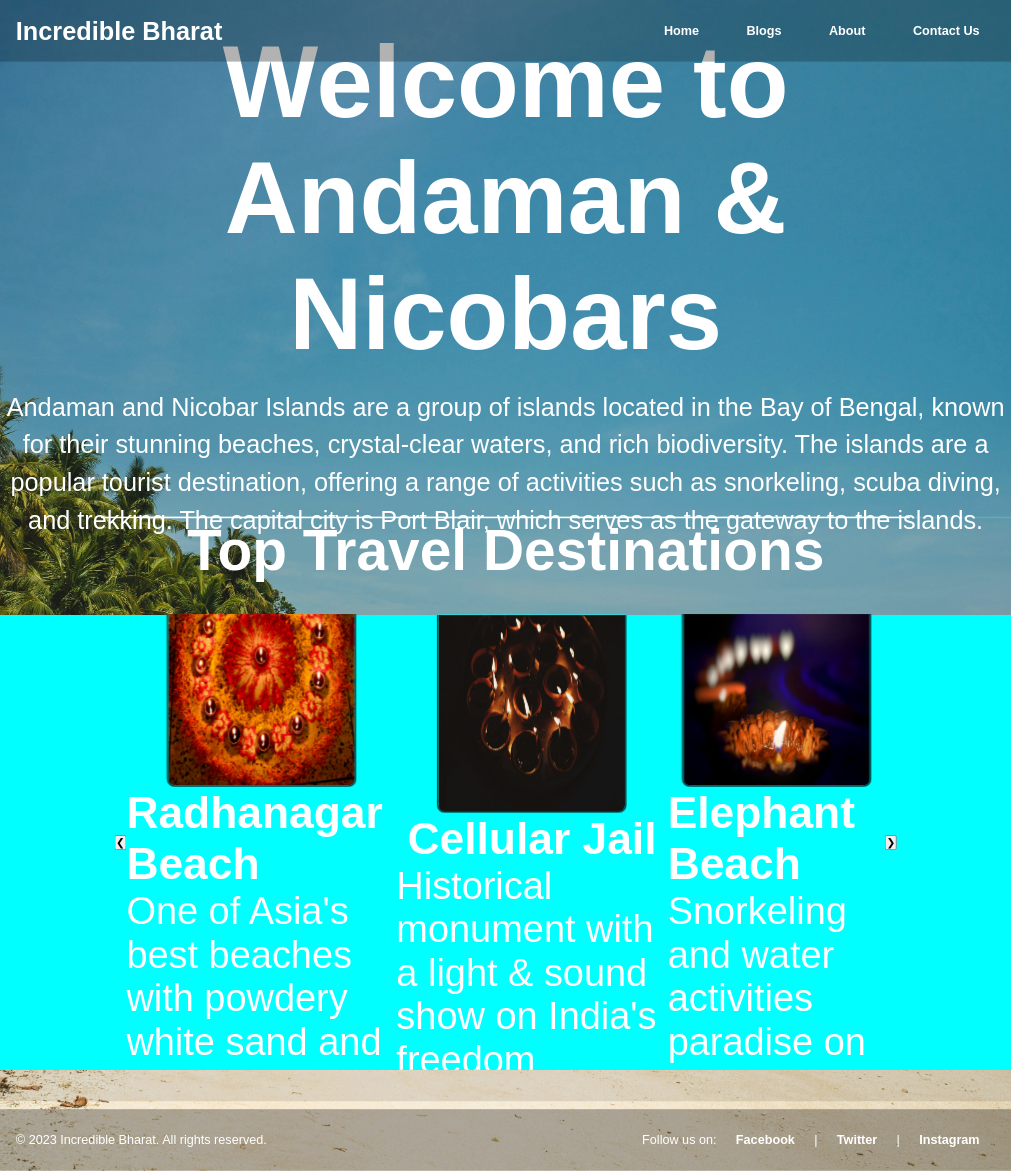
Repository: jaidhiman111/incrediblebharat
Page: destinations/Andaman-Nicobar/Andaman&Nicobar.html
The author's editor kept a copy of each file at every save. The page is drawn from the files as they stood at one save, then again after the next save.
The browser window is 1280 px wide. The pictures show the whole page, at 79% of full size.

Above is the page before, as saved 2025-05-01 22:54:22.

After the next save:
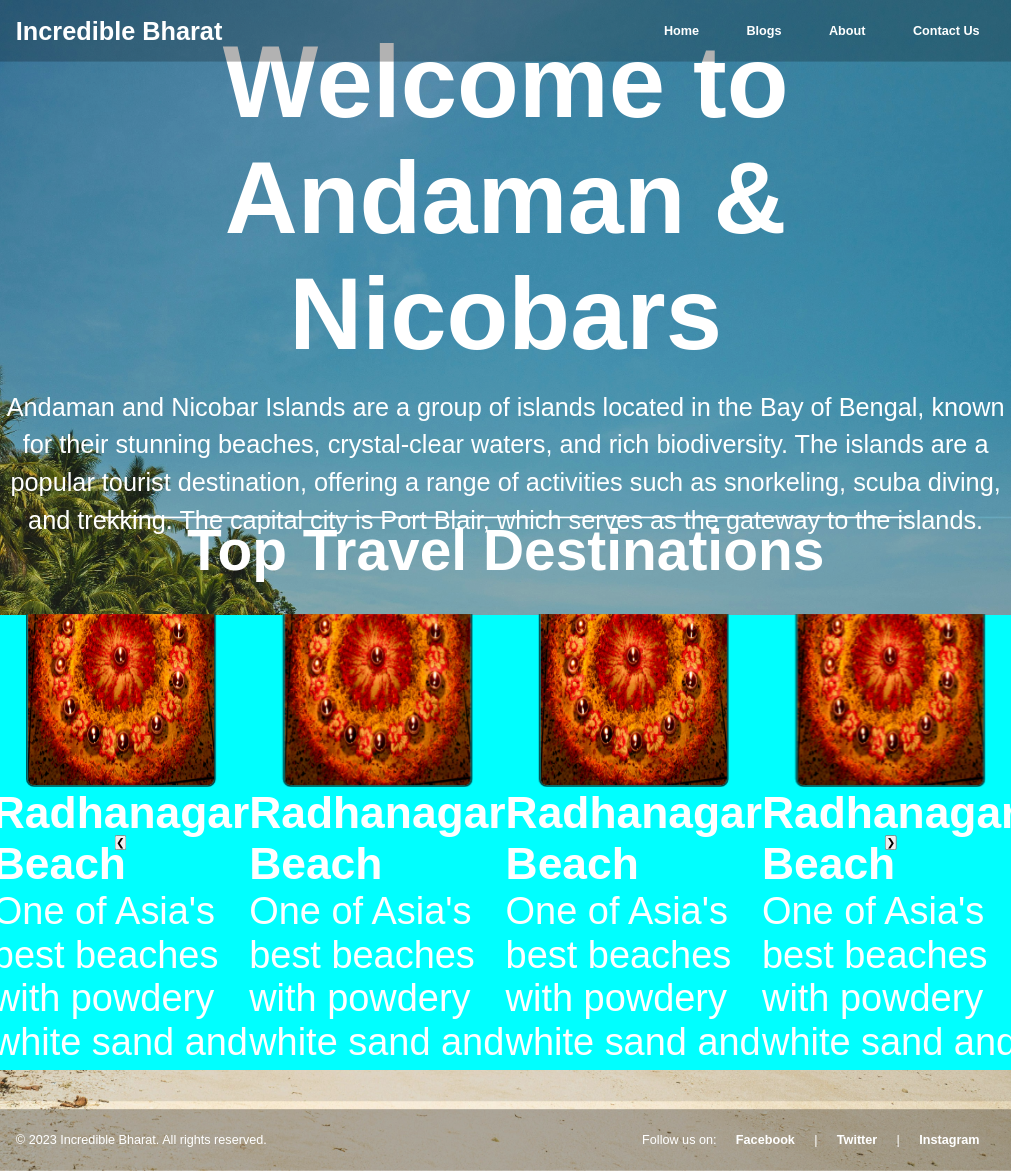
Saved 21 s later.
--- a/destinations/Andaman-Nicobar/Andaman&Nicobar.html
+++ b/destinations/Andaman-Nicobar/Andaman&Nicobar.html
@@ -53,14 +53,31 @@
                         </div>
                     </div>
                     <div class="card">
-                        <img class="card-image" src="/media/Dipawli.jpg" alt="Cellular Jail">
-                        <h3>Cellular Jail</h3>
-                        <p>Historical monument with a light & sound show on India's freedom struggle.</p>
+                        <div>
+                            <img class="card-image" src="/media/diwali.jpg" alt="Radhanagar Beach">
+                        </div>
+                        <div>
+                            <h3>Radhanagar Beach</h3>
+                            <p>One of Asia's best beaches with powdery white sand and turquoise waters.</p>
+                        </div>
                     </div>
                     <div class="card">
-                        <img class="card-image" src="/media/Deepak.jpg" alt="Elephant Beach">
-                        <h3>Elephant Beach</h3>
-                        <p>Snorkeling and water activities paradise on Havelock Island.</p>
+                        <div>
+                            <img class="card-image" src="/media/diwali.jpg" alt="Radhanagar Beach">
+                        </div>
+                        <div>
+                            <h3>Radhanagar Beach</h3>
+                            <p>One of Asia's best beaches with powdery white sand and turquoise waters.</p>
+                        </div>
+                    </div>
+                    <div class="card">
+                        <div>
+                            <img class="card-image" src="/media/diwali.jpg" alt="Radhanagar Beach">
+                        </div>
+                        <div>
+                            <h3>Radhanagar Beach</h3>
+                            <p>One of Asia's best beaches with powdery white sand and turquoise waters.</p>
+                        </div>
                     </div>
                     <!-- Add more slides here -->
                 </div>
